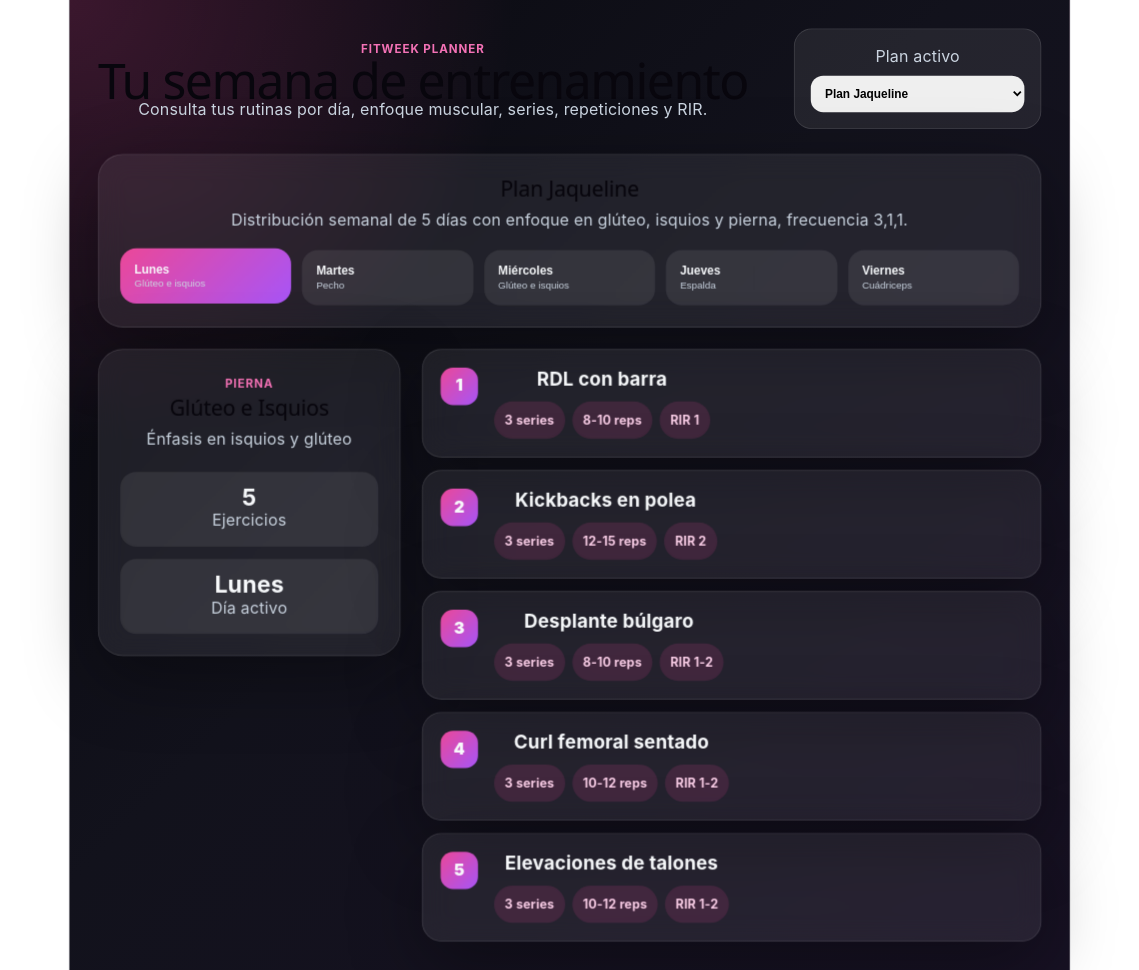
Repository: Jaqueline-CO/Fitweek-Planner
Page: /dashboard
The author's editor kept a copy of each file at every save. The page is drawn from the files as they stood at one save, then again after the next save.
The browser window is 1280 px wide. The pictures show the whole page, at 89% of full size.
The project was rebuilt for these pictures with package versions that can differ from the ones it lists, and the page was loaded fresh each time. Also part of the build but not shown: vite.config.js.

Above is the page before, as saved 2026-06-09 15:56:51.

After the next save:
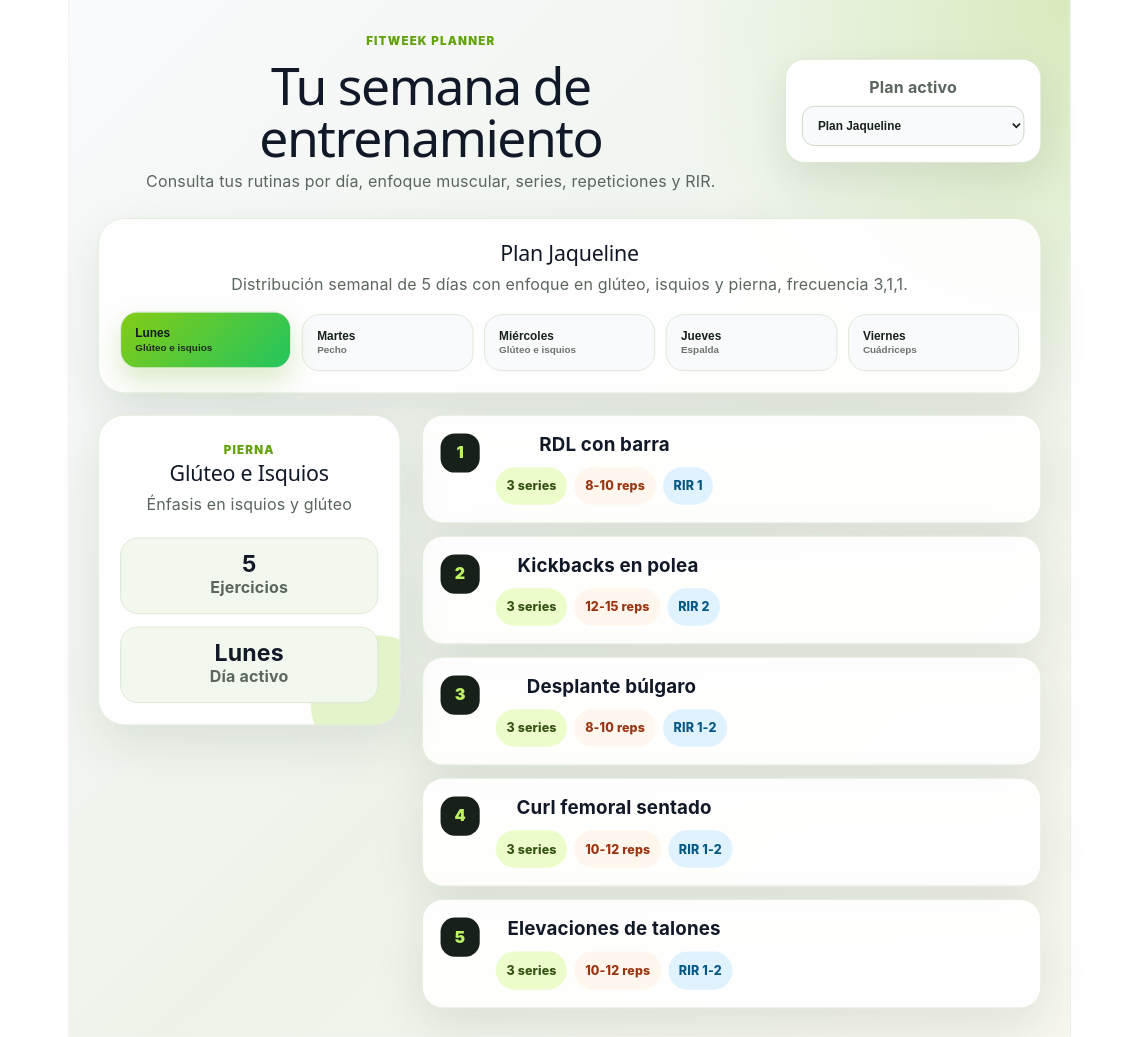
Saved 2 min 41 s later.
--- a/src/styles/Dashboard.css
+++ b/src/styles/Dashboard.css
@@ -1,10 +1,10 @@
 .dashboard-page {
   min-height: 100vh;
   padding: 32px;
-  color: #f8fafc;
+  color: #17211a;
   background:
-    radial-gradient(circle at top left, rgba(236, 72, 153, 0.22), transparent 32%),
-    linear-gradient(135deg, #09090f, #12121c 45%, #171123);
+    radial-gradient(circle at top right, rgba(132, 204, 22, 0.22), transparent 28%),
+    linear-gradient(135deg, #f8fafc, #eef3ea 55%, #f7f7ef);
   font-family: Inter, system-ui, sans-serif;
 }
 
@@ -18,61 +18,72 @@
 
 .eyebrow,
 .routine-category {
-  color: #f472b6;
-  font-weight: 700;
-  letter-spacing: 0.08em;
+  color: #65a30d;
+  font-weight: 900;
+  letter-spacing: 0.1em;
   text-transform: uppercase;
   font-size: 13px;
 }
 
 .dashboard-hero h1 {
-  font-size: clamp(32px, 5vw, 56px);
+  font-size: clamp(34px, 5vw, 58px);
   margin: 8px 0;
+  color: #111827;
+  line-height: 1;
 }
 
 .dashboard-hero p,
 .plan-card p,
 .routine-summary p,
 .exercise-info p {
-  color: #cbd5e1;
+  color: #5b665e;
 }
 
 .plan-selector {
-  background: rgba(255, 255, 255, 0.08);
-  border: 1px solid rgba(255, 255, 255, 0.12);
+  background: #ffffff;
+  border: 1px solid #dbe7d2;
   padding: 18px;
-  border-radius: 20px;
-  min-width: 240px;
+  border-radius: 22px;
+  min-width: 250px;
+  box-shadow: 0 18px 45px rgba(32, 51, 34, 0.1);
 }
 
 .plan-selector label {
   display: block;
   margin-bottom: 8px;
-  color: #cbd5e1;
+  color: #5b665e;
+  font-weight: 700;
 }
 
 .plan-selector select {
   width: 100%;
-  padding: 12px;
+  padding: 13px;
   border-radius: 14px;
-  border: none;
+  border: 1px solid #cbd5c0;
   outline: none;
-  font-weight: 700;
+  font-weight: 800;
+  color: #17211a;
+  background: #f8fafc;
 }
 
 .plan-card,
 .routine-summary,
 .exercise-card {
-  background: rgba(255, 255, 255, 0.075);
-  border: 1px solid rgba(255, 255, 255, 0.12);
-  box-shadow: 0 24px 80px rgba(0, 0, 0, 0.35);
-  backdrop-filter: blur(16px);
+  background: rgba(255, 255, 255, 0.92);
+  border: 1px solid #e1ead8;
+  box-shadow: 0 20px 55px rgba(32, 51, 34, 0.1);
 }
 
 .plan-card {
-  border-radius: 28px;
+  border-radius: 30px;
   padding: 24px;
   margin-bottom: 24px;
+}
+
+.plan-card h2,
+.routine-summary h2,
+.exercise-info h3 {
+  color: #111827;
 }
 
 .day-tabs {
@@ -83,29 +94,37 @@
 }
 
 .day-tab {
-  border: none;
-  border-radius: 18px;
+  border: 1px solid #dbe7d2;
+  border-radius: 20px;
   padding: 16px;
   cursor: pointer;
-  background: rgba(255, 255, 255, 0.08);
-  color: #f8fafc;
+  background: #f8fafc;
+  color: #17211a;
   text-align: left;
   transition: 0.2s ease;
 }
 
 .day-tab span {
   display: block;
-  font-weight: 800;
+  font-weight: 900;
 }
 
 .day-tab small {
-  color: #cbd5e1;
+  color: #6b746c;
+  font-weight: 600;
 }
 
 .day-tab.active,
 .day-tab:hover {
-  background: linear-gradient(135deg, #ec4899, #a855f7);
-  transform: translateY(-2px);
+  background: linear-gradient(135deg, #84cc16, #22c55e);
+  color: #0f172a;
+  transform: translateY(-3px);
+  box-shadow: 0 14px 30px rgba(101, 163, 13, 0.22);
+}
+
+.day-tab.active small,
+.day-tab:hover small {
+  color: #1f2a1f;
 }
 
 .routine-layout {
@@ -115,9 +134,22 @@
 }
 
 .routine-summary {
-  border-radius: 28px;
+  border-radius: 30px;
   padding: 24px;
   height: fit-content;
+  position: relative;
+  overflow: hidden;
+}
+
+.routine-summary::after {
+  content: "";
+  position: absolute;
+  width: 150px;
+  height: 150px;
+  right: -50px;
+  bottom: -50px;
+  background: rgba(132, 204, 22, 0.22);
+  border-radius: 50%;
 }
 
 .summary-stats {
@@ -125,21 +157,26 @@
   grid-template-columns: 1fr;
   gap: 14px;
   margin-top: 24px;
+  position: relative;
+  z-index: 1;
 }
 
 .summary-stats div {
-  background: rgba(255, 255, 255, 0.08);
-  border-radius: 18px;
+  background: #f3f8ee;
+  border: 1px solid #dbe7d2;
+  border-radius: 20px;
   padding: 16px;
 }
 
 .summary-stats strong {
   display: block;
   font-size: 26px;
+  color: #111827;
 }
 
 .summary-stats span {
-  color: #cbd5e1;
+  color: #5b665e;
+  font-weight: 700;
 }
 
 .exercise-list {
@@ -151,18 +188,25 @@
   display: flex;
   gap: 18px;
   align-items: flex-start;
-  border-radius: 22px;
+  border-radius: 24px;
   padding: 20px;
+  transition: 0.2s ease;
+}
+
+.exercise-card:hover {
+  transform: translateY(-2px);
+  box-shadow: 0 22px 60px rgba(32, 51, 34, 0.14);
 }
 
 .exercise-number {
-  width: 42px;
-  height: 42px;
-  border-radius: 14px;
+  width: 44px;
+  height: 44px;
+  border-radius: 16px;
   display: grid;
   place-items: center;
   font-weight: 900;
-  background: linear-gradient(135deg, #ec4899, #a855f7);
+  background: #17211a;
+  color: #bef264;
 }
 
 .exercise-info h3 {
@@ -178,10 +222,20 @@
 .exercise-tags span {
   padding: 8px 12px;
   border-radius: 999px;
-  background: rgba(236, 72, 153, 0.14);
-  color: #fbcfe8;
+  background: #ecfccb;
+  color: #365314;
   font-size: 14px;
-  font-weight: 700;
+  font-weight: 800;
+}
+
+.exercise-tags span:nth-child(2) {
+  background: #fff7ed;
+  color: #9a3412;
+}
+
+.exercise-tags span:nth-child(3) {
+  background: #e0f2fe;
+  color: #075985;
 }
 
 @media (max-width: 900px) {
